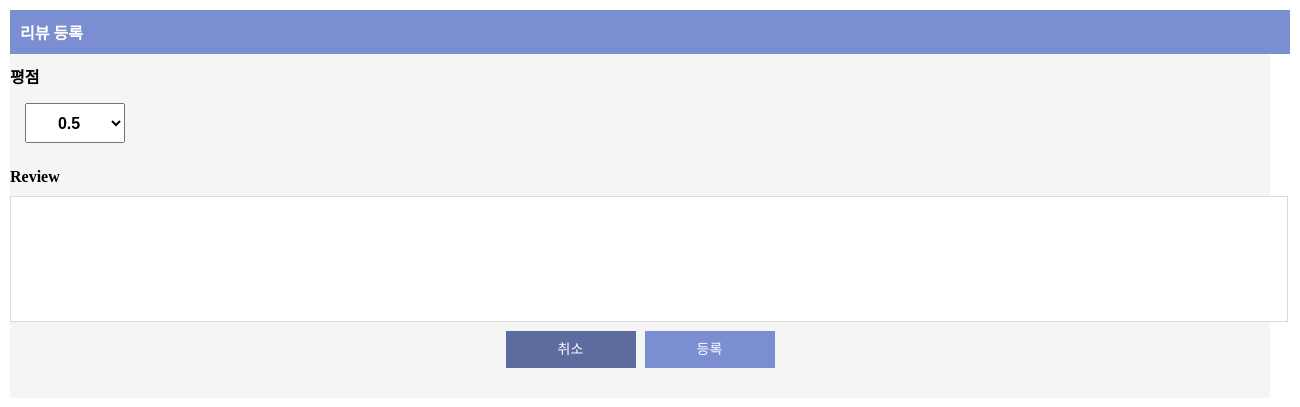
Repository: KimYoungHwans/Yproject
Page: http://localhost/Yproject/WEB-INF/views/replyEnroll.jsp
These files come from the project's save history. The page is drawn as it stood at one moment and after the next save; the edit follows.
The browser window is 1280 px wide. The page is 1290 px wide, then 1300 px, so the pictures cover 1300 px, including what lies to the right of the window. The pictures show the whole page.
The page is served by Tomcat 9. Nobody is signed in. Other server files are loaded and not shown. The template is opened directly, without the code that normally fills it, so the values that code supplies are empty.

Above is the page before, as saved 2023-01-18 07:07:46.

### workspace/Yproject/src/main/webapp/WEB-INF/views/replyEnroll.jsp
<%@ page language="java" contentType="text/html; charset=UTF-8"
    pageEncoding="UTF-8"%>
<!DOCTYPE html>
<html>
<head>
<meta charset="UTF-8">
<title>Insert title here</title>

<script
  src="https://code.jquery.com/jquery-3.4.1.js"
  integrity="sha256-WpOohJOqMqqyKL9FccASB9O0KwACQJpFTUBLTYOVvVU="
  crossorigin="anonymous"></script>

   <style type="text/css">
  	/* 창 여분 없애기 */
  	body{
  		margin : 10PX;
  	}
  	/* 전체 배경화면 색상 */
  	.wrapper_div{
		background-color: #f5f5f5;
	    height: 100%;
  	}
 	/* 팝업창 제목 */
  	.subject_div{
	    width: 100%;
	    background-color: #7b8ed1;
	    color: white;
	    padding: 10px;
	    font-weight: bold;
  	}

  	/* 컨텐츠, 버튼 영역 padding */
  	.input_wrap{
  		padding: 30px;
  	}
  	.btn_wrap{
  		padding: 5px 30px 30px 30px;
  		text-align: center;
  	}

  	/* 버튼 영역 */
  	.cancle_btn{
  		margin-right:5px;
  	    display: inline-block;
	    width: 130px;
	    background-color: #5e6b9f;
	    padding-top: 10px;
	    height: 27px;
	    color: #fff;
	    font-size: 14px;
	    line-height: 18px;
  	}
  	.enroll_btn{
   	    display: inline-block;
	    width: 130px;
	    background-color: #7b8ed1;
	    padding-top: 10px;
	    height: 27px;
	    color: #fff;
	    font-size: 14px;
	    line-height: 18px;
  	}

	/* 상품제목 영역 */
	.productName_div h2{
		margin : 0;
	}
  	/* 평점 영역 */
  	.rating_div{
  		padding-top: 10px;
  	}
  	.rating_div h4{
  		margin : 0;
  	}
  	select{
  	margin: 15px;
    width: 100px;
    height: 40px;
    text-align: center;
    font-size: 16px;
    font-weight: 600;
  	}
  	/* 리뷰 작성 영역 */
  	.content_div{
  		padding-top: 10px;
  	}
  	.content_div h4{
  		margin : 0;
  	}
  	textarea{
		width: 100%;
	    height: 100px;
	    border: 1px solid #dadada;
	    padding: 12px 8px 12px 8px;
	    font-size: 15px;
	    color: #a9a9a9;
	    resize: none;
	    margin-top: 10px;
  	}

  </style>
</head>
<body>

	<div class="wrapper_div">
		<div class="subject_div">
			리뷰 등록
		</div>

		<div class="rating_div">
			<h4> 평점 </h4>
				<select name="rating">
					<option value="0.5">0.5</option>
					<option value="1.0">1.0</option>
					<option value="1.5">1.5</option>
					<option value="2.0">2.0</option>
					<option value="2.5">2.5</option>
					<option value="3.0">3.0</option>
					<option value="3.5">3.5</option>
					<option value="4.0">4.0</option>
					<option value="4.5">4.5</option>
					<option value="5.0">5.0</option>
				</select>
		</div>
		<div class="content_div">
			<h4>Review</h4>
			<textarea name="content"></textarea>
		</div>

		<div class="btn_wrap">
			<a class="cancle_btn">취소</a>
			<a class="enroll_btn">등록</a>
		</div>

	</div>


	<script>

	//취소 버튼
	$(".cancle_btn").on("click", function(e){

		window.close();
	});


	//등록 버튼
	$(".enroll_btn").on("click",function(e){

		const productId = '${productIntro.productId}';
		const memberId = '${memberId}';
		const rating = $("select").val();
		const content = $("textarea").val();

		const data = {
				productId : productId,
				memberId : memberId,
				rating : rating,
				content : content
		}

		$.ajax({
			data : data,
			type : 'POST',
			url : '/reply/enroll',
			success : function(result){

				//댓글 초기화 후 팝업 창 닫아주기
				$(opener.location).attr("href", "javascript:replyListInit();");
				window.close();

			}

		});
	});

	</script>

</body>
</html>

After the next save:
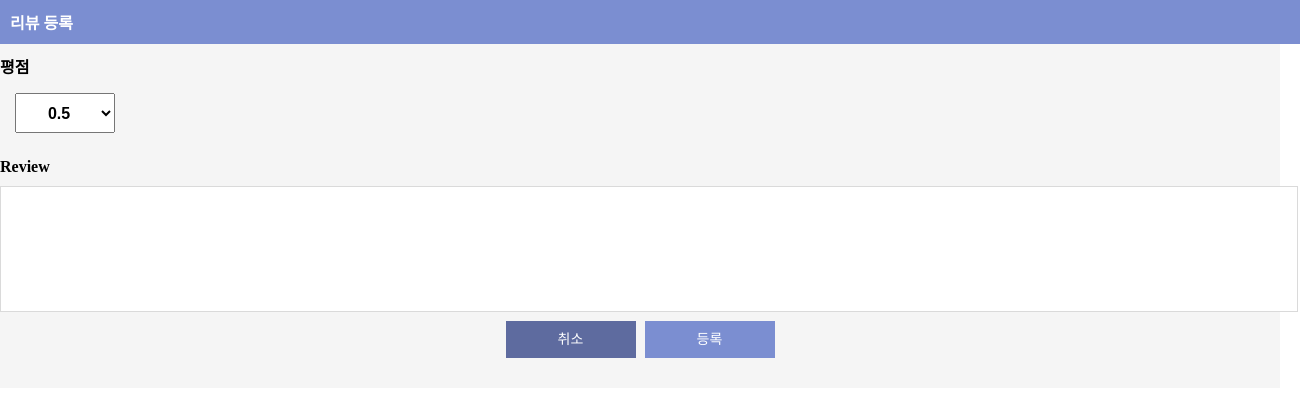
Saved 8 s later.
--- a/workspace/Yproject/src/main/webapp/WEB-INF/views/replyEnroll.jsp
+++ b/workspace/Yproject/src/main/webapp/WEB-INF/views/replyEnroll.jsp
@@ -14,7 +14,7 @@
    <style type="text/css">
   	/* 창 여분 없애기 */
   	body{
-  		margin : 10PX;
+  		margin : 0;
   	}
   	/* 전체 배경화면 색상 */
   	.wrapper_div{
